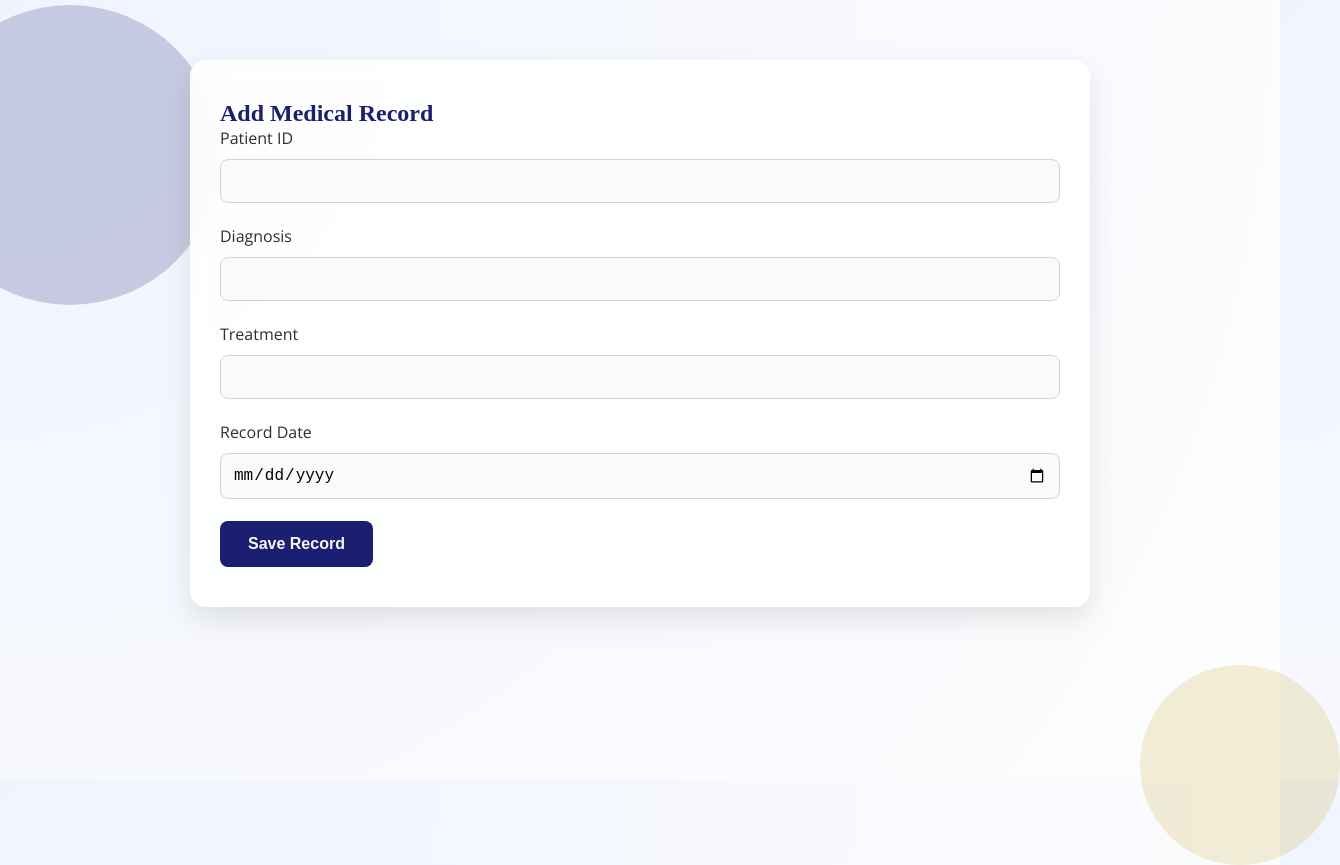
Repository: shreeshskatti/hospital_management_system
Page: http://localhost/medical_records/add_record.php
The author's editor kept a copy of each file at every save. The page is drawn from the files as they stood at one save, then again after the next save.
The browser window is 1280 px wide. The page is 1340 px wide, then 1280 px, so the pictures cover 1340 px, including what lies to the right of the window. The pictures show the whole page.
Some web fonts or font styles are not loaded; a fallback is used. The page is run by PHP 8.4 with error messages shown; the project is at /var/www/html/. The database holds what the project's SQL file puts in it.

Above is the page before, as saved 2025-05-29 21:28:56.

### medical_records/add_record.php
<?php include '../includes/db.php'; ?>
<!DOCTYPE html>
<html>
<head>
  <title>Add Medical Record</title>
  <link rel="stylesheet" href="../css/style.css">
</head>
<body>
<div class="container">
  <h2>Add Medical Record</h2>
  <form method="POST">
    <label>Patient ID</label>
    <input type="number" name="p_id" required>

    <label>Diagnosis</label>
    <input type="text" name="diagnosis" required>

    <label>Treatment</label>
    <input type="text" name="treatment" required>

    <label>Record Date</label>
    <input type="date" name="record_date" required>

    <button type="submit" name="submit">Save Record</button>
  </form>

  <?php
  if (isset($_POST['submit'])) {
    $p_id = $_POST['p_id'];
    $diagnosis = $_POST['diagnosis'];
    $treatment = $_POST['treatment'];
    $record_date = $_POST['record_date'];

    $sql = "INSERT INTO medical_records (p_id, diagnosis, treatment, record_date)
            VALUES ('$p_id', '$diagnosis', '$treatment', '$record_date')";

    if ($conn->query($sql)) {
      echo "<script>alert('Record added successfully.');</script>";
    } else {
      echo "Error: " . $conn->error;
    }
  }
  ?>
</div>
</body>
</html>

### includes/db.php
<?php
$host = 'localhost';
$user = 'root';
$pass = '';
$dbname = 'hospital_db';  // must match your DB name

$conn = new mysqli($host, $user, $pass, $dbname);

if ($conn->connect_error) {
    die("Connection failed: " . $conn->connect_error);
}
?>

### css/style.css
@import url('https://fonts.googleapis.com/css2?family=Merriweather&family=Open+Sans&display=swap');

* {
  margin: 0;
  padding: 0;
  box-sizing: border-box;
}

body {
  background: radial-gradient(circle at top left, #f0f4ff, #fdfdfd);
  font-family: 'Open Sans', sans-serif;
  color: #2E2E2E;
  min-height: 100vh;
  position: relative;
  overflow-x: hidden;
}

/* Background floating shapes */
body::before, body::after {
  content: '';
  position: absolute;
  border-radius: 50%;
  opacity: 0.2;
  z-index: 0;
  pointer-events: none;
  animation: float 10s ease-in-out infinite;
}

body::before {
  width: 300px;
  height: 300px;
  background: #1A1F71;
  top: -80px;
  left: -80px;
}

body::after {
  width: 200px;
  height: 200px;
  background: #C9B037;
  bottom: -60px;
  right: -60px;
}

@keyframes float {
  0%, 100% { transform: translateY(0px); }
  50% { transform: translateY(25px); }
}

h1, h2, h3 {
  font-family: 'Merriweather', serif;
  color: #1A1F71;
  z-index: 1;
  position: relative;
}

.container {
  max-width: 900px;
  margin: 60px auto;
  padding: 40px 30px;
  background-color: rgba(255, 255, 255, 0.9);
  backdrop-filter: blur(10px);
  border-radius: 16px;
  box-shadow: 0 12px 30px rgba(0,0,0,0.1);
  position: relative;
  z-index: 1;
}

button {
  background-color: #1A1F71;
  color: #F9F6F1;
  border: none;
  padding: 14px 28px;
  font-size: 16px;
  border-radius: 8px;
  cursor: pointer;
  font-weight: 600;
  transition: background-color 0.3s ease, color 0.3s ease;
}

button:hover {
  background-color: #C9B037;
  color: #1A1F71;
}

input, select {
  width: 100%;
  padding: 12px;
  margin-top: 10px;
  margin-bottom: 22px;
  border: 1.5px solid #D3D3D3;
  border-radius: 8px;
  font-size: 16px;
  transition: all 0.3s ease;
  background-color: #fafafa;
}

input:focus, select:focus {
  border-color: #C9B037;
  outline: none;
  box-shadow: 0 0 8px rgba(201, 176, 55, 0.5);
  background-color: white;
}

table {
  width: 100%;
  border-collapse: collapse;
  margin-top: 30px;
  font-size: 15px;
}

th, td {
  padding: 14px;
  border: 1px solid #D3D3D3;
  text-align: left;
}

thead {
  background-color: #C9B037;
  color: white;
}

tbody tr:nth-child(even) {
  background-color: #F9F6F1;
}

/* Links and interactions */
a {
  color: #1A1F71;
  text-decoration: none;
  transition: color 0.3s;
  font-weight: bold;
}

a:hover {
  color: #C9B037;
  text-decoration: underline;
}

### hospital_management_system.sql (the tables this page reads)
CREATE TABLE `doctors` (
  `doctor_id` int(11) NOT NULL,
  `name` varchar(100) NOT NULL,
  `specialization` varchar(100) DEFAULT NULL,
  `contact_info` varchar(100) DEFAULT NULL,
  `department_id` int(11) DEFAULT NULL
) ENGINE=InnoDB DEFAULT CHARSET=utf8mb4 COLLATE=utf8mb4_general_ci;

INSERT INTO `doctors` (`doctor_id`, `name`, `specialization`, `contact_info`, `department_id`) VALUES
(1, 'rishi', 'Neurology', '1251423142', NULL),
(2, 'Dr nitin agarwal', 'Pediatrics', '7976561514', NULL),
(3, 'Dr ppfilmcrafts', 'Cardiology', '7975204114', NULL),
(4, 'Dr prasanna pattar', 'Gynecology', '7975204114', NULL),
(5, 'Dr sandeep naik', 'Orthopedics', '9876514256', NULL);

ALTER TABLE `doctors`
  ADD PRIMARY KEY (`doctor_id`),
  ADD KEY `department_id` (`department_id`);

ALTER TABLE `doctors`
  MODIFY `doctor_id` int(11) NOT NULL AUTO_INCREMENT, AUTO_INCREMENT=6;

ALTER TABLE `doctors`
  ADD CONSTRAINT `doctors_ibfk_1` FOREIGN KEY (`department_id`) REFERENCES `departments` (`department_id`) ON DELETE SET NULL ON UPDATE CASCADE;

CREATE TABLE `patients` (
  `patient_id` int(11) NOT NULL,
  `name` varchar(100) NOT NULL,
  `email` varchar(100) DEFAULT NULL,
  `phone` varchar(20) DEFAULT NULL,
  `dob` date NOT NULL,
  `gender` varchar(10) NOT NULL,
  `address` varchar(255) DEFAULT NULL
) ENGINE=InnoDB DEFAULT CHARSET=utf8mb4 COLLATE=utf8mb4_general_ci;

INSERT INTO `patients` (`patient_id`, `name`, `email`, `phone`, `dob`, `gender`, `address`) VALUES
(1, 'sudeep', 'sud@123', '07975872616', '2025-05-12', 'Male', 'rudset abivruddhi nagar'),
(2, 'syt', 'shreeshkatti212@gmail.com', '07975872616', '2025-05-21', 'Male', 'rudset abivruddhi nagar'),
(5, 'Shreesh Katti', 'shreeshkatti212@gmail.com', '07975872616', '2025-05-30', 'Male', 'rudset abivruddhi nagar'),
(9, 'Shreesh Katti', 'rishi123@gmail.com', '07975872616', '2025-06-07', 'Male', 'rudset abivruddhi nagar');

ALTER TABLE `patients`
  ADD PRIMARY KEY (`patient_id`);

ALTER TABLE `patients`
  MODIFY `patient_id` int(11) NOT NULL AUTO_INCREMENT, AUTO_INCREMENT=10;

After the next save:
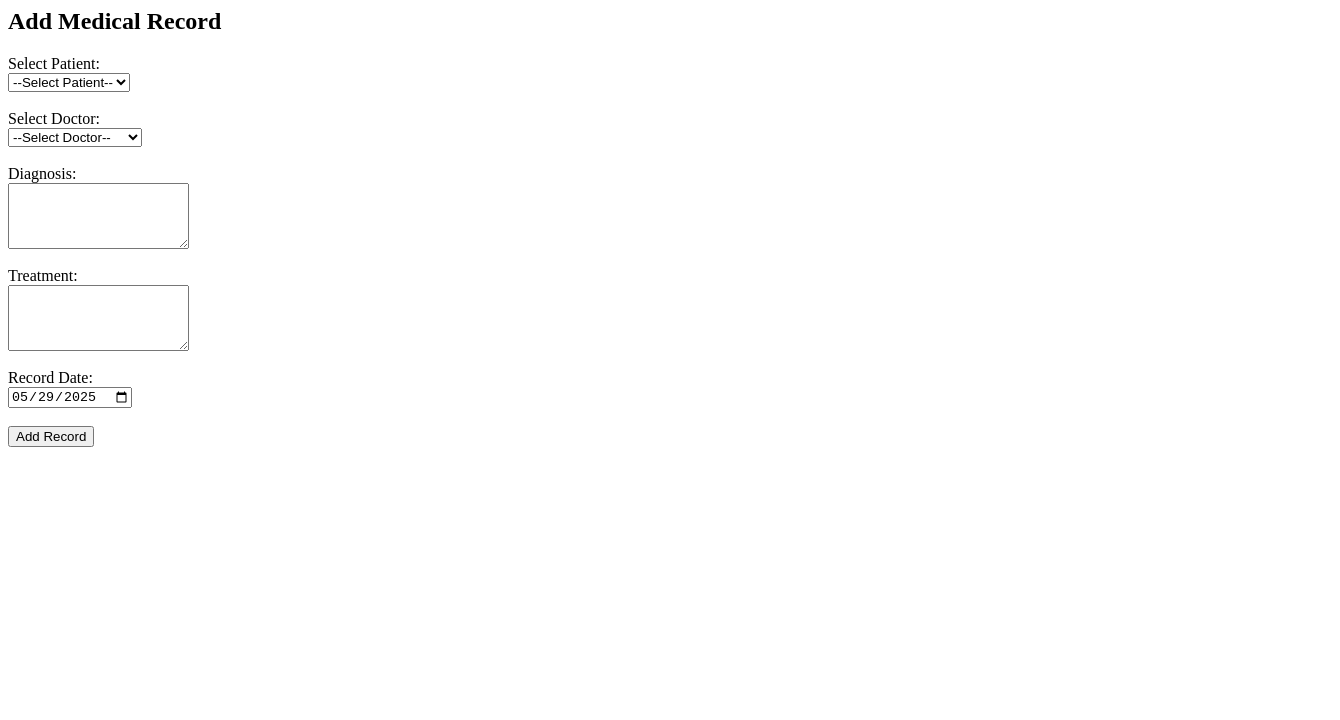
Saved 11 min 31 s later.
--- a/medical_records/add_record.php
+++ b/medical_records/add_record.php
@@ -1,46 +1,56 @@
-<?php include '../includes/db.php'; ?>
-<!DOCTYPE html>
-<html>
-<head>
-  <title>Add Medical Record</title>
-  <link rel="stylesheet" href="../css/style.css">
-</head>
-<body>
-<div class="container">
-  <h2>Add Medical Record</h2>
-  <form method="POST">
-    <label>Patient ID</label>
-    <input type="number" name="p_id" required>
+<?php
+include '../includes/db.php';
 
-    <label>Diagnosis</label>
-    <input type="text" name="diagnosis" required>
+// Fetch patients and doctors for dropdowns
+$patients = $conn->query("SELECT patient_id, name FROM patients ORDER BY name");
+$doctors = $conn->query("SELECT doctor_id, name FROM doctors ORDER BY name");
 
-    <label>Treatment</label>
-    <input type="text" name="treatment" required>
+if ($_SERVER['REQUEST_METHOD'] === 'POST') {
+    $patient_id = $_POST['patient_id'] ?: NULL;
+    $doctor_id = $_POST['doctor_id'] ?: NULL;
+    $diagnosis = $_POST['diagnosis'] ?: NULL;
+    $treatment = $_POST['treatment'] ?: NULL;
+    $record_date = $_POST['record_date'] ?: NULL;
 
-    <label>Record Date</label>
-    <input type="date" name="record_date" required>
+    $stmt = $conn->prepare("INSERT INTO medical_records (patient_id, doctor_id, diagnosis, treatment, record_date) VALUES (?, ?, ?, ?, ?)");
+    $stmt->bind_param("iisss", $patient_id, $doctor_id, $diagnosis, $treatment, $record_date);
 
-    <button type="submit" name="submit">Save Record</button>
-  </form>
+    if ($stmt->execute()) {
+        echo "<p style='color:green;'>Medical record added successfully.</p>";
+    } else {
+        echo "<p style='color:red;'>Error: " . $conn->error . "</p>";
+    }
 
-  <?php
-  if (isset($_POST['submit'])) {
-    $p_id = $_POST['p_id'];
-    $diagnosis = $_POST['diagnosis'];
-    $treatment = $_POST['treatment'];
-    $record_date = $_POST['record_date'];
+    $stmt->close();
+}
+?>
 
-    $sql = "INSERT INTO medical_records (p_id, diagnosis, treatment, record_date)
-            VALUES ('$p_id', '$diagnosis', '$treatment', '$record_date')";
+<h2>Add Medical Record</h2>
+<form method="POST">
+    <label for="patient_id">Select Patient:</label><br>
+    <select name="patient_id" required>
+        <option value="">--Select Patient--</option>
+        <?php while ($row = $patients->fetch_assoc()): ?>
+            <option value="<?php echo $row['patient_id']; ?>"><?php echo htmlspecialchars($row['name']); ?></option>
+        <?php endwhile; ?>
+    </select><br><br>
 
-    if ($conn->query($sql)) {
-      echo "<script>alert('Record added successfully.');</script>";
-    } else {
-      echo "Error: " . $conn->error;
-    }
-  }
-  ?>
-</div>
-</body>
-</html>
+    <label for="doctor_id">Select Doctor:</label><br>
+    <select name="doctor_id" required>
+        <option value="">--Select Doctor--</option>
+        <?php while ($row = $doctors->fetch_assoc()): ?>
+            <option value="<?php echo $row['doctor_id']; ?>"><?php echo htmlspecialchars($row['name']); ?></option>
+        <?php endwhile; ?>
+    </select><br><br>
+
+    <label for="diagnosis">Diagnosis:</label><br>
+    <textarea name="diagnosis" rows="4"></textarea><br><br>
+
+    <label for="treatment">Treatment:</label><br>
+    <textarea name="treatment" rows="4"></textarea><br><br>
+
+    <label for="record_date">Record Date:</label><br>
+    <input type="date" name="record_date" value="<?php echo date('Y-m-d'); ?>"><br><br>
+
+    <button type="submit">Add Record</button>
+</form>
